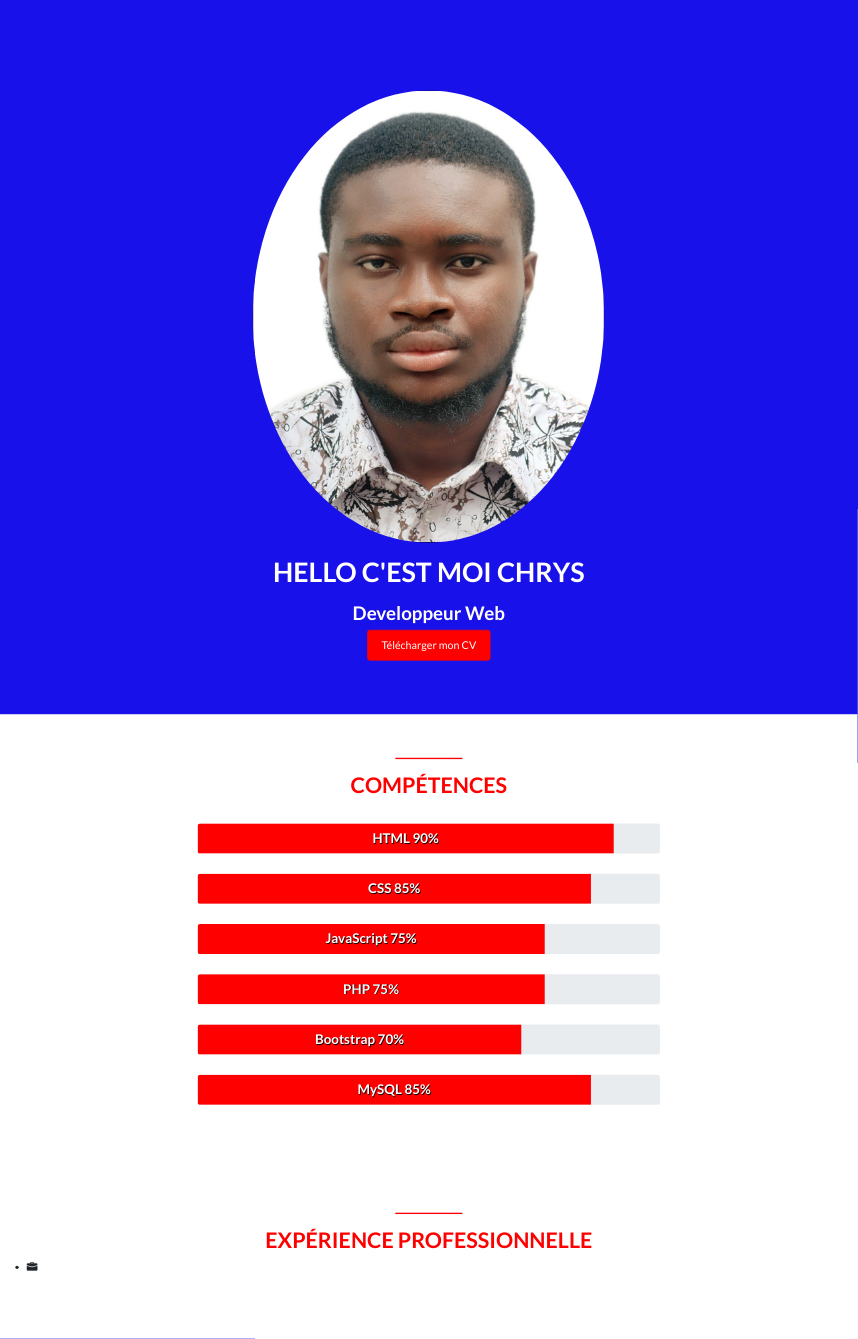
Repository: CHRYSOVR/CV_en_ligne_Interactif
Page: index.html
These files come from the project's save history. The page is drawn as it stood at one moment and after the next save; the edit follows.
The browser window is 1280 px wide. The pictures show the whole page, at 67% of full size.

Above is the page before, as saved 2025-07-08 21:47:47.
Console error: TypeError: Cannot read properties of undefined (reading 'fn')

After the next save:
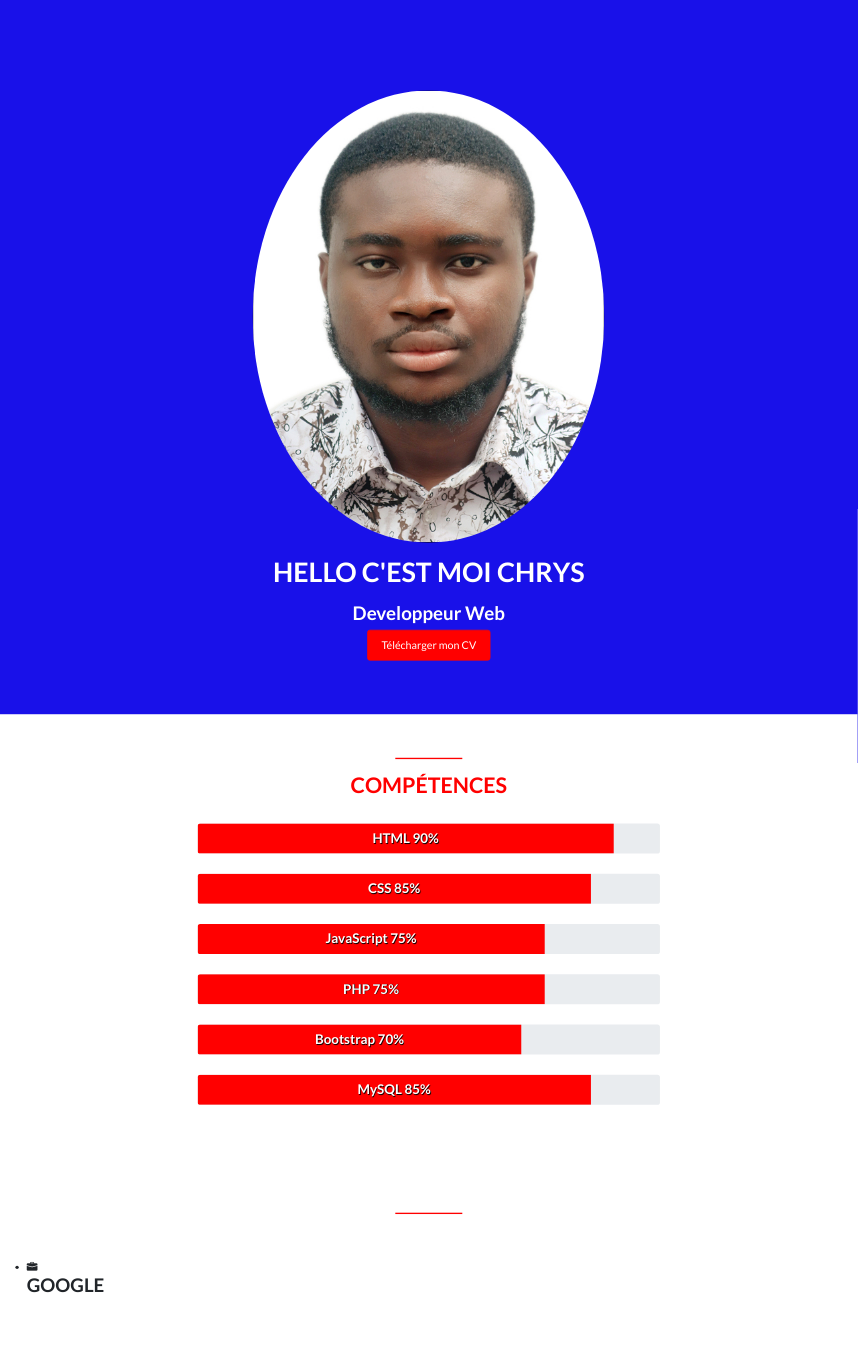
Saved 8 min 36 s later.
--- a/index.html
+++ b/index.html
@@ -141,7 +141,7 @@
         </div>
       </div>
     </section>
-    <section id="skills">
+    <section id="Experience">
       <div class="divider"></div>
       <div class="heading">
         <h2>Expérience Professionnelle</h2>
@@ -149,7 +149,18 @@
       <ul class="timeline">
         <li>
           <div class="timeline-badge"><span class="bi-briefcase-fill"></span></div>
-          <div class="timeline-panel-container"></div>
+          <div class="timeline-panel-container">
+            <div class="timeline-panel">
+                <div class="timeline-heading">
+                    <h3>GOOGLE</h3>
+                    <h4></h4>
+                    <p  class="text-muted"></p>
+                </div>
+                <div class="timeline-body ">
+
+                </div>
+            </div>
+          </div>
         </li>
       </ul>
     </section>
